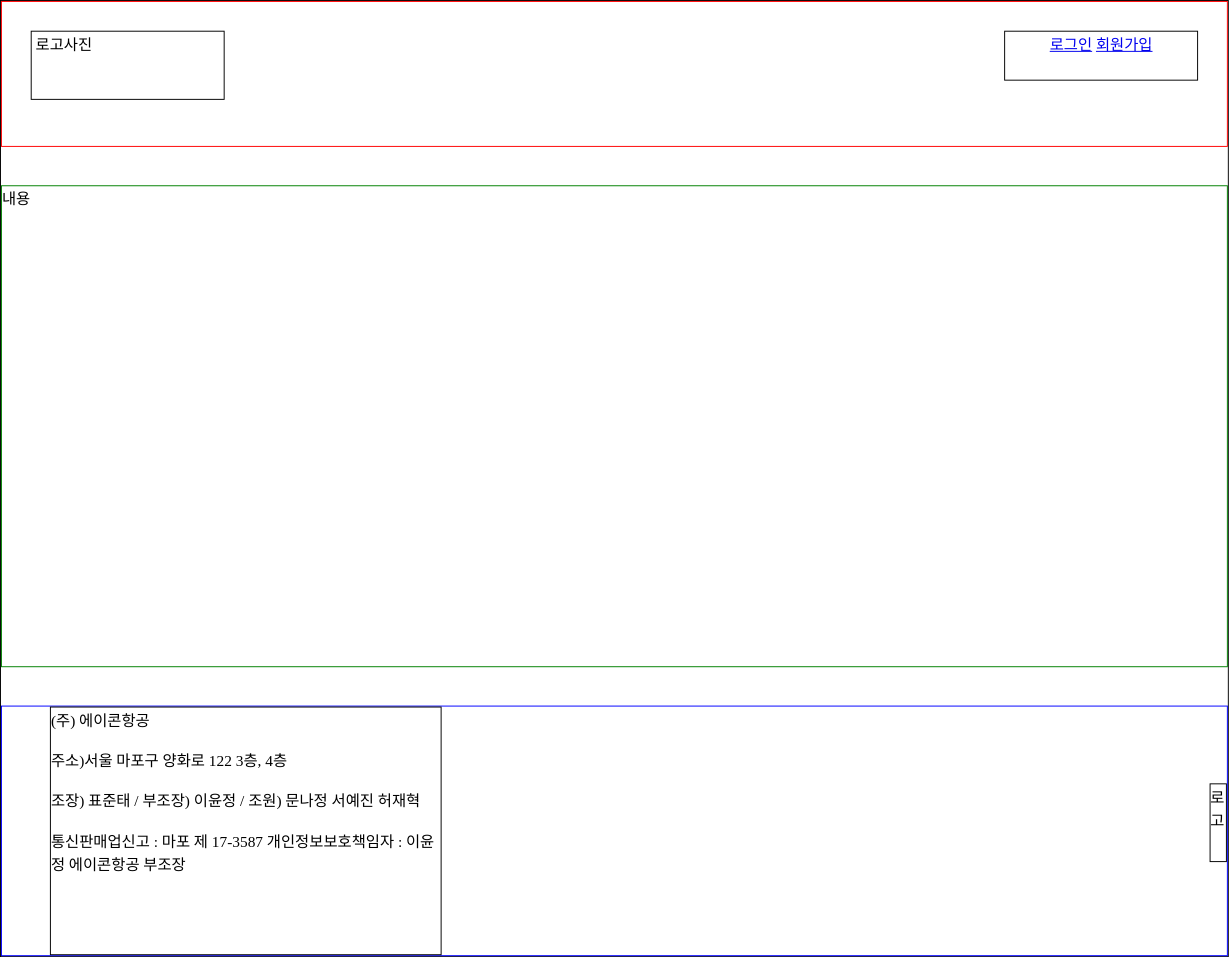
Repository: juntae710/Acorn_AirlineReservation_Project
Page: http://localhost/prj3_1/WEB-INF/views/h_index.jsp
The author's editor kept a copy of each file at every save. The page is drawn from the files as they stood at one save, then again after a run of saves.
The browser window is 1280 px wide. The pictures show the whole page, at 96% of full size.
The page is served by Tomcat 9. Nobody is signed in. The template is opened directly, without the code that normally fills it, so the values that code supplies are empty.

Above is the page before, as saved 2023-09-20 01:17:16.

After the next 2 saves:
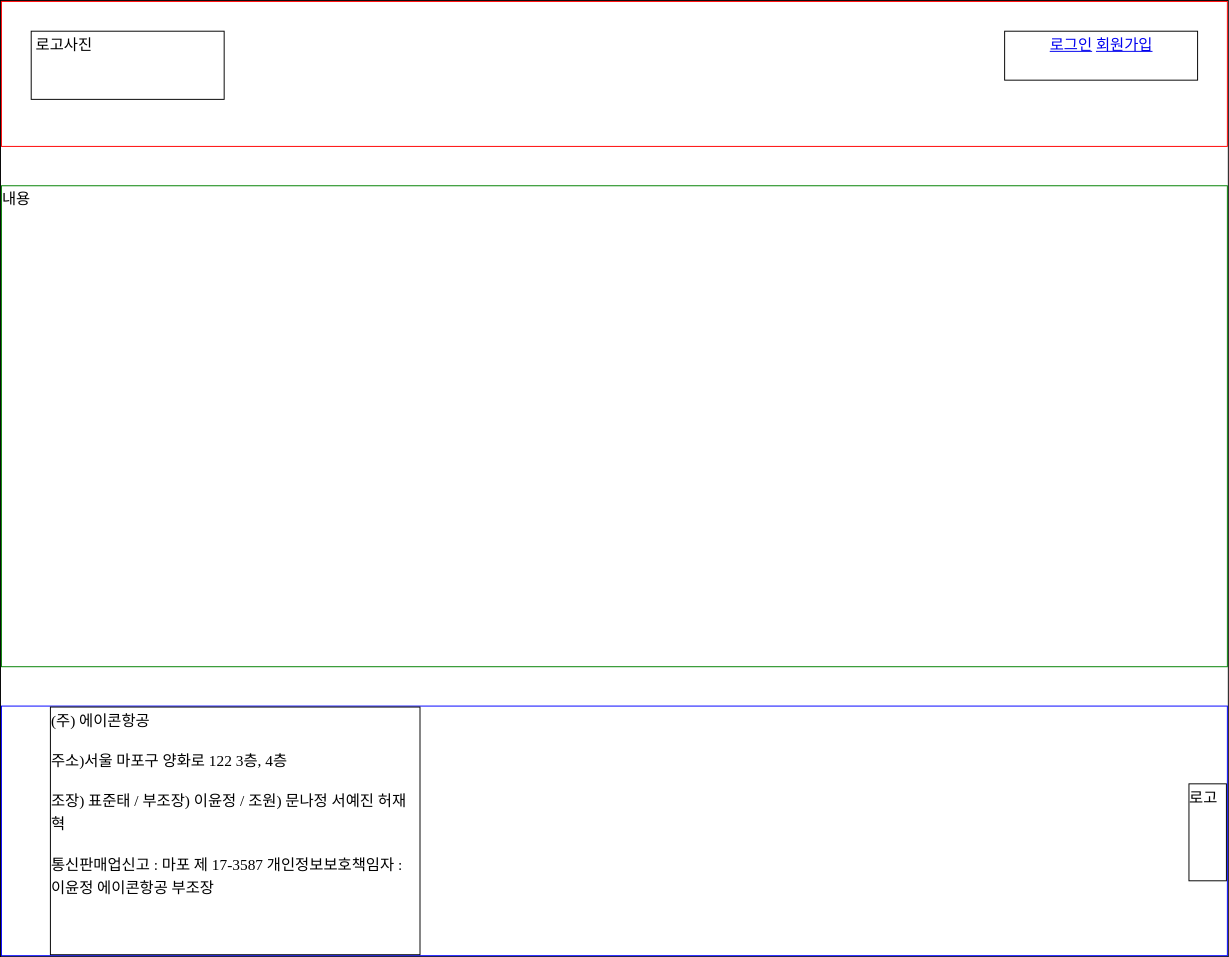
The 2 saves are shown as one change because they came seconds apart.
The last was saved 44 s later.
--- a/Eclipse/prj3_1/src/main/webapp/WEB-INF/views/h_index.jsp
+++ b/Eclipse/prj3_1/src/main/webapp/WEB-INF/views/h_index.jsp
@@ -59,11 +59,12 @@ border: 1px solid black;
 margin-left: 50px;
 width: 1000px;
 
+
 }
 .footer_img{
 border: 1px solid black;
-width: 40px;
-height: 80px;
+width: 100px;
+height: 100px;
 margin-left: 800px;
 margin-top: 80px;
 }
